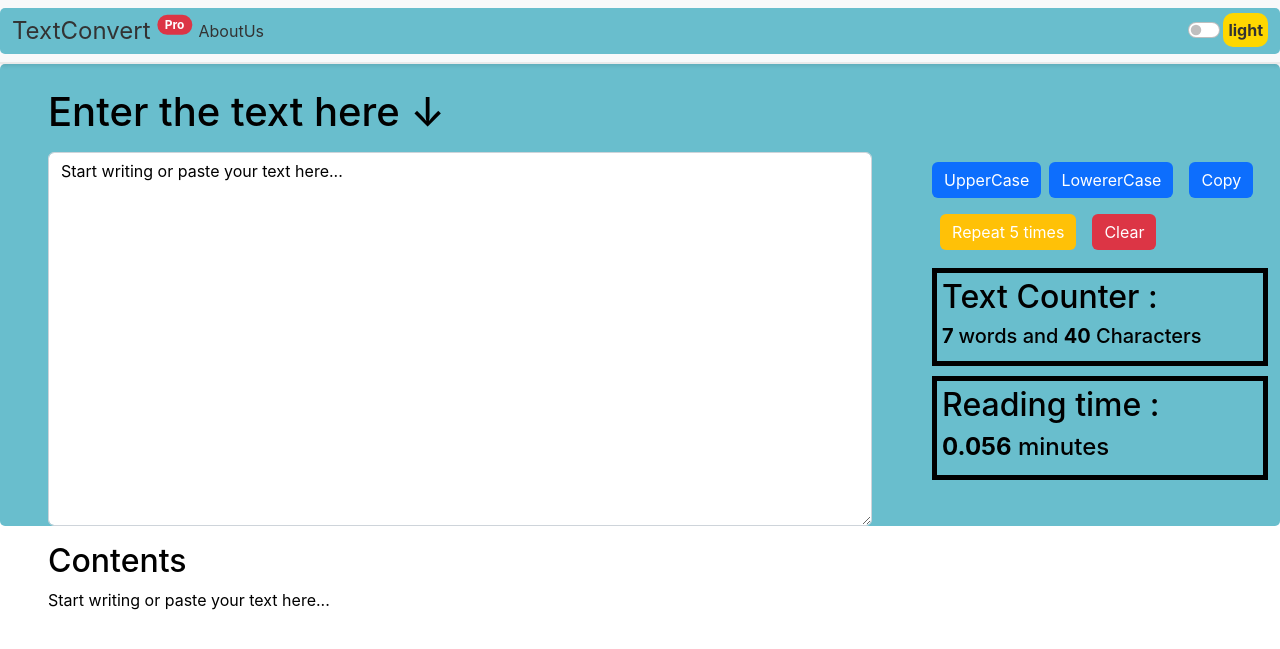
Repository: atha2810/TextConvertPro
Page: /TextConvertPro
The author's editor kept a copy of each file at every save. The page is drawn from the files as they stood at one save, then again after the next save.
The browser window is 1280 px wide. The pictures show the whole page.
The project was rebuilt for these pictures with package versions that can differ from the ones it lists, and the page was loaded fresh each time. Also part of the build but not shown: src/css/About.css, src/components/About.js, src/css/TextForm.css.

Above is the page before, as saved 2024-07-25 19:46:23.

### src/App.js
import React, { useState } from "react";
import profile from "./images/profile.jpg";

import About from "./components/About";
import Navbar from "./components/Navbar";
import TextForm from "./TextForm";
import { BrowserRouter, Routes, Route } from "react-router-dom";

function App() {
  const [mode, setMode] = useState("light");
  const toggleMode = () => {
    if (mode === "light") {
      setMode("dark");
      document.body.style.backgroundColor = "#082844";
    } else {
      setMode("light");
      document.body.style.backgroundColor = "white";
    }
  };
  return (
    <>
      <BrowserRouter>
        <Navbar logo="TextConvert" mode={mode} toggleMode={toggleMode} />
        {/* <TextForm heading="Enter the text to analyse: " mode={mode}/> */}
        <Routes>
          <Route exact path="/about" element={<About imgSrc={profile} />} />
          {/* exact is usedto get exact path sometimes there are folders like /about-->componentX and /about/home-->componentY and if we want component from /about/home it will mistakenly will render from /about thats why */}

          <Route
            exact
            path="/TextConvertPro"
            element={<TextForm heading="Enter the text here ↓ " mode={mode} />}
          />
        </Routes>
      </BrowserRouter>
    </>
  );
}

export default App;

### src/components/Navbar.js
import React from "react";
import { Link } from "react-router-dom";
import "../css/Navbar.css";
export default function Navbar(props) {
  return (
    <nav
      className={`navbar navbar-expand-lg navbar-${props.mode} bg-${props.mode}`}
    >
      <div
        className="container-fluid"
        style={{ backgroundColor: "#69BECD", borderRadius: "5px" }}
      >
        <Link className="navbar-brand" to="/TextConvertPro">
          {props.logo}
          <button className="btn position-relative">
            <span className="position-absolute top-0 start-100 translate-middle badge rounded-pill bg-danger">
              Pro
            </span>
          </button>
        </Link>
        {/* <a className="navbar-brand" href="#">{props.logo}</a> */}
        <button
          className="navbar-toggler"
          type="button"
          data-bs-toggle="collapse"
          data-bs-target="#navbarSupportedContent"
          aria-controls="navbarSupportedContent"
          aria-expanded="false"
          aria-label="Toggle navigation"
        >
          <span className="navbar-toggler-icon"></span>
        </button>
        <div className="collapse navbar-collapse" id="navbarSupportedContent">
          <ul className="navbar-nav me-auto mb-2 mb-lg-0">
            <li className="nav-item">
              <Link className="nav-link" to="/about">
                AboutUs
              </Link>
              {/* <a className="nav-link" href="/about">About</a> */}
            </li>
          </ul>
          <form className="d-flex" role="search">
            <div
              className={`form-check form-switch text-${
                props.mode === "light" ? "dark" : "light"
              }`}
              style={{
                backgroundColor: "gold",
                padding: "5px",
                borderRadius: "10px",
              }}
            >
              <input
                className="form-check-input"
                onClick={props.toggleMode}
                type="checkbox"
                role="switch"
                id="flexSwitchCheckDefault"
              />
              <label
                className="form-check-label"
                htmlFor="flexSwitchCheckDefault"
              >
                <b>{props.mode}</b>
              </label>
            </div>
          </form>
        </div>
      </div>
    </nav>
  );
}

### src/TextForm.js
import React, { useState } from "react";
import "./css/TextForm.css";
export default function TextForm(props) {
  const textCapitalize = () => {
    let newText = text.toUpperCase();
    setText(newText);
  };
  const textLowercase = () => {
    let newText = text.toLowerCase();
    setText(newText);
  };
  const textCopy = () => {
    navigator.clipboard.writeText(text);
  };
  const textRepeat = () => {
    let newText = text.repeat(5);
    setText(newText);
  };

  const textClear = () => {
    let newText = "";
    setText(newText);
  };

  const handleOnChange = e => {
    setText(e.target.value);
  };
  const [text, setText] = useState("Start writing or paste your text here...");
  //setText("New Text");
  return (
    <>
      <div
        style={{
          display: "flex",
          backgroundColor: "#69BECD",
          borderRadius: "5px",
        }}
      >
        <div
          className="mx-5"
          style={{
            width: "69%",
          }}
        >
          <label
            htmlFor="myBox"
            className="form-label mt-4"
            style={{
              color: props.mode === "dark" ? "white" : "black",
              width: "69%",
            }}
          >
            <h1>{props.heading}</h1>
          </label>
          <textarea
            className="form-control"
            value={text}
            id="myBox"
            rows="15"
            onChange={handleOnChange}
            style={{
              backgroundColor: props.mode === "dark" ? "Black" : "white",
              color: props.mode === "dark" ? "white" : "black",
              width: "100%",
            }}
          ></textarea>
        </div>
        <div
          className="container"
          style={{
            width: "30%",
            marginTop: "90px",
          }}
        >
          <div>
            <button
              type="button"
              className="btn btn-primary my-2"
              onClick={textCapitalize}
            >
              UpperCase
            </button>
            <button
              type="button"
              className="btn btn-primary mx-2 my-2"
              onClick={textLowercase}
            >
              LowererCase
            </button>
            <button
              type="button"
              className="btn btn-primary mx-2 my-2"
              onClick={textCopy}
            >
              Copy
            </button>
            <button
              type="button"
              className="btn btn-warning mx-2 my-2"
              onClick={textRepeat}
            >
              Repeat 5 times
            </button>
            <button
              type="button"
              className="btn btn-danger mx-2 my-2"
              onClick={textClear}
            >
              Clear
            </button>
          </div>
          <div
            style={{
              marginTop: "10px",
              border: "5px solid black",
              padding: "5px",
            }}
          >
            <h2
              style={{
                color: props.mode === "dark" ? "white" : "black",
              }}
            >
              Text Counter :
            </h2>

            <h5
              style={{
                color: props.mode === "dark" ? "white" : "black",
              }}
            >
              <b>
                {
                  text.split(" ").filter(el => {
                    return el.length !== 0;
                  }).length
                }{" "}
              </b>
              words and <b>{text.length}</b> Characters
            </h5>
          </div>

          <div
            style={{
              marginTop: "10px",
              border: "5px solid black",
              padding: "5px",
            }}
          >
            <h2
              style={{
                color: props.mode === "dark" ? "white" : "black",
              }}
            >
              Reading time :
            </h2>
            <h4 style={{ color: props.mode === "dark" ? "white" : "black" }}>
              <b>{0.008 * text.split(" ").length}</b> minutes
            </h4>{" "}
            {/* 0.008 seconds to read a word*/}
          </div>
        </div>
      </div>
      <div className="mx-5 my-3">
        {" "}
        <h2 style={{ color: props.mode === "dark" ? "white" : "black" }}>
          Contents
        </h2>
        <p style={{ color: props.mode === "dark" ? "white" : "black" }}>
          {text}
        </p>
      </div>
    </>
  );
}

### src/css/Navbar.css
/* Navbar Styles */
.navbar {
  border-bottom: 2px solid #eaeaea; /* Modern border for the navbar */
  box-shadow: 0 2px 4px rgba(0, 0, 0, 0.1); /* Subtle shadow */
}

.navbar-brand {
  display: flex;
  align-items: center;
  font-size: 1.5rem;
  color: #333;
  transition: color 0.3s ease;
}

.navbar-brand:hover {
  color: #007bff; /* Change color on hover */
}

.btn {
  /* Primary button color */
  border: none;
  color: white;
  transition: background-color 0.3s ease;
}

.nav-link {
  color: #333;
  transition: color 0.3s ease;
}

.nav-link:hover {
  color: #007bff; /* Change color on hover */
}

.navbar-toggler {
  border-color: #007bff; /* Color of the toggler */
}

.navbar-toggler-icon {
  background-image: linear-gradient(
    to right,
    #007bff,
    #0056b3
  ); /* Gradient effect */
}

.form-check-label {
  color: #333; /* Switch label color */
}

Loaded but not shown: public/index.html (common file); src/index.js (common file); src/index.css (common file); src/reportWebVitals.js (common file)

After the next save:
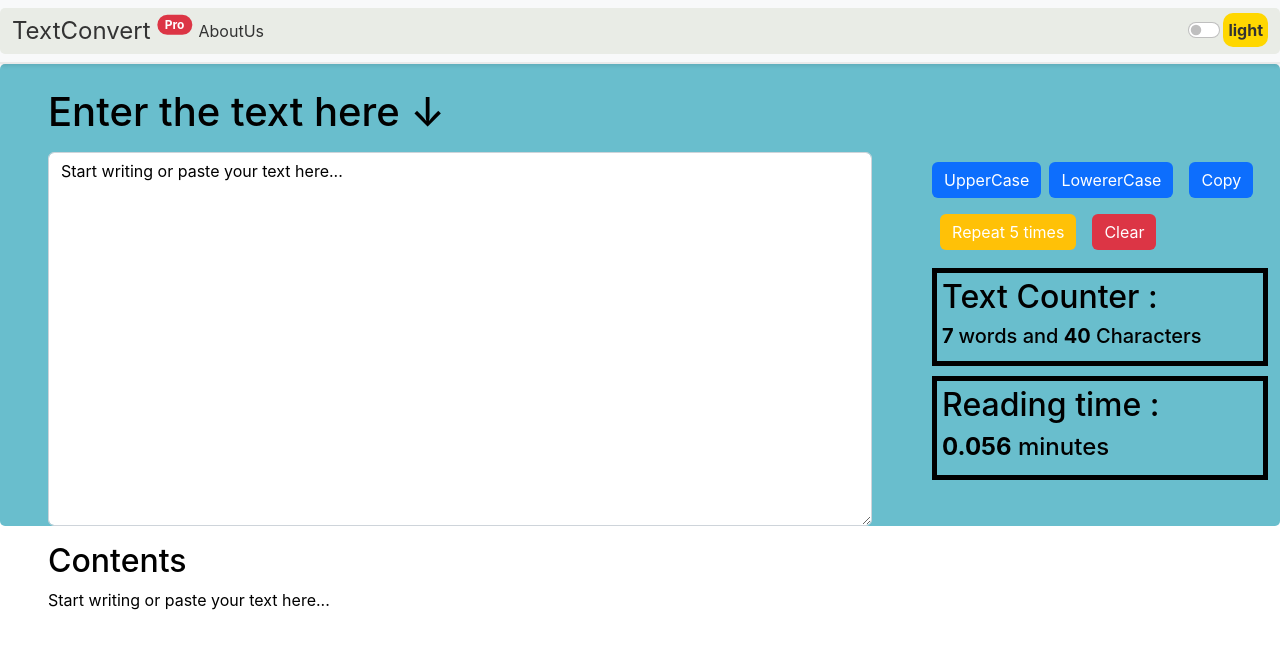
Saved 54 s later.
--- a/src/components/Navbar.js
+++ b/src/components/Navbar.js
@@ -8,7 +8,7 @@ export default function Navbar(props) {
     >
       <div
         className="container-fluid"
-        style={{ backgroundColor: "#69BECD", borderRadius: "5px" }}
+        style={{ backgroundColor: "#E9ECE6", borderRadius: "5px" }}
       >
         <Link className="navbar-brand" to="/TextConvertPro">
           {props.logo}
